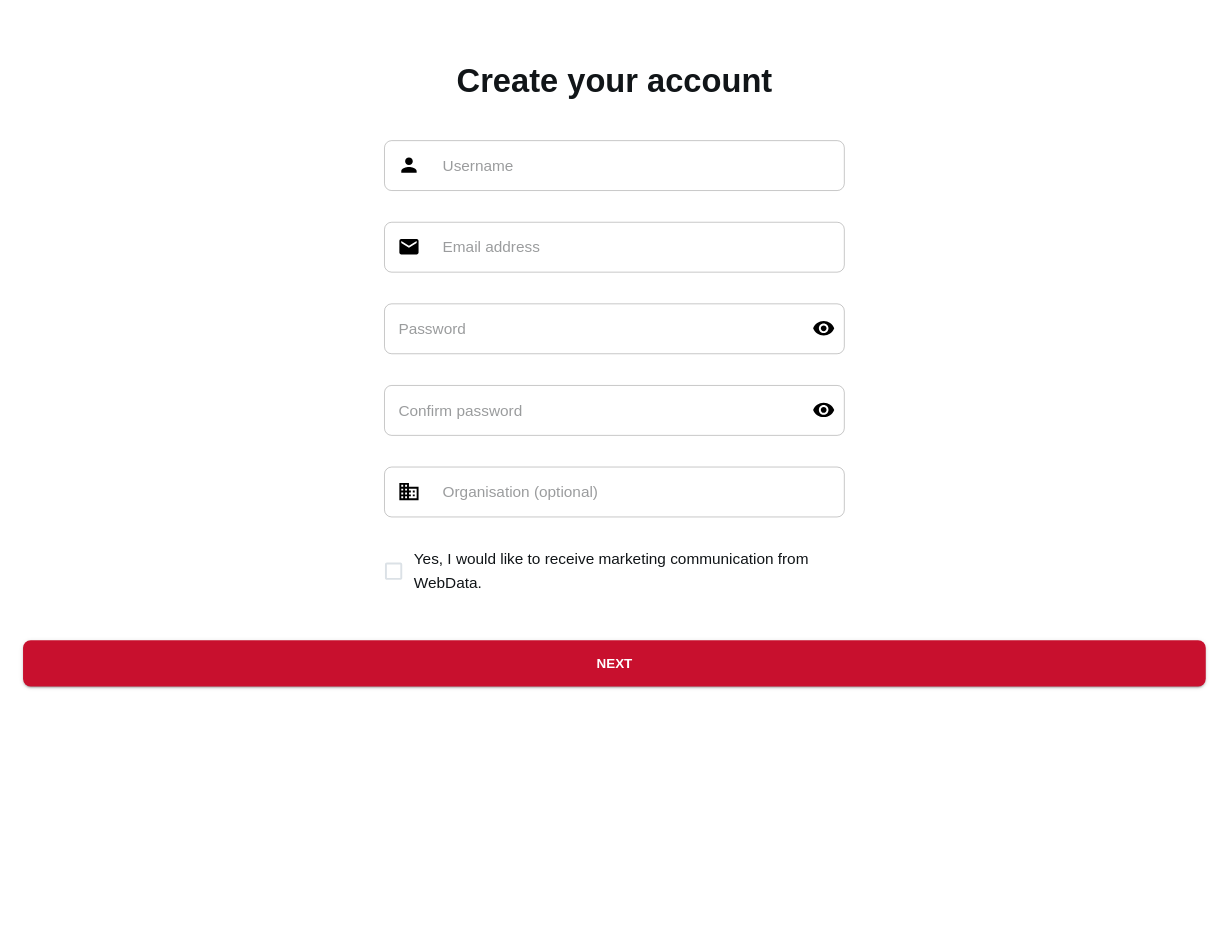
Repository: Pascal-Ahmadu/Tender-download-system
Page: /register (app in frontend/)
These files come from the project's save history. The page is drawn as it stood at one moment and after the next save; the edit follows.
The browser window is 1280 px wide. The pictures show the whole page, at 96% of full size.
The page's requests for data from a server got no answer. Some web fonts or font styles are not loaded; a fallback is used. The project was rebuilt for these pictures with package versions that can differ from the ones it lists, and the page was loaded fresh each time. No one was signed in, and anything a server would have sent is missing. Also part of the build but not shown: frontend/vite.config.js, frontend/src/components/pages/LoginPage.jsx.

Above is the page before, as saved 2024-07-31 08:36:20.

After the next save:
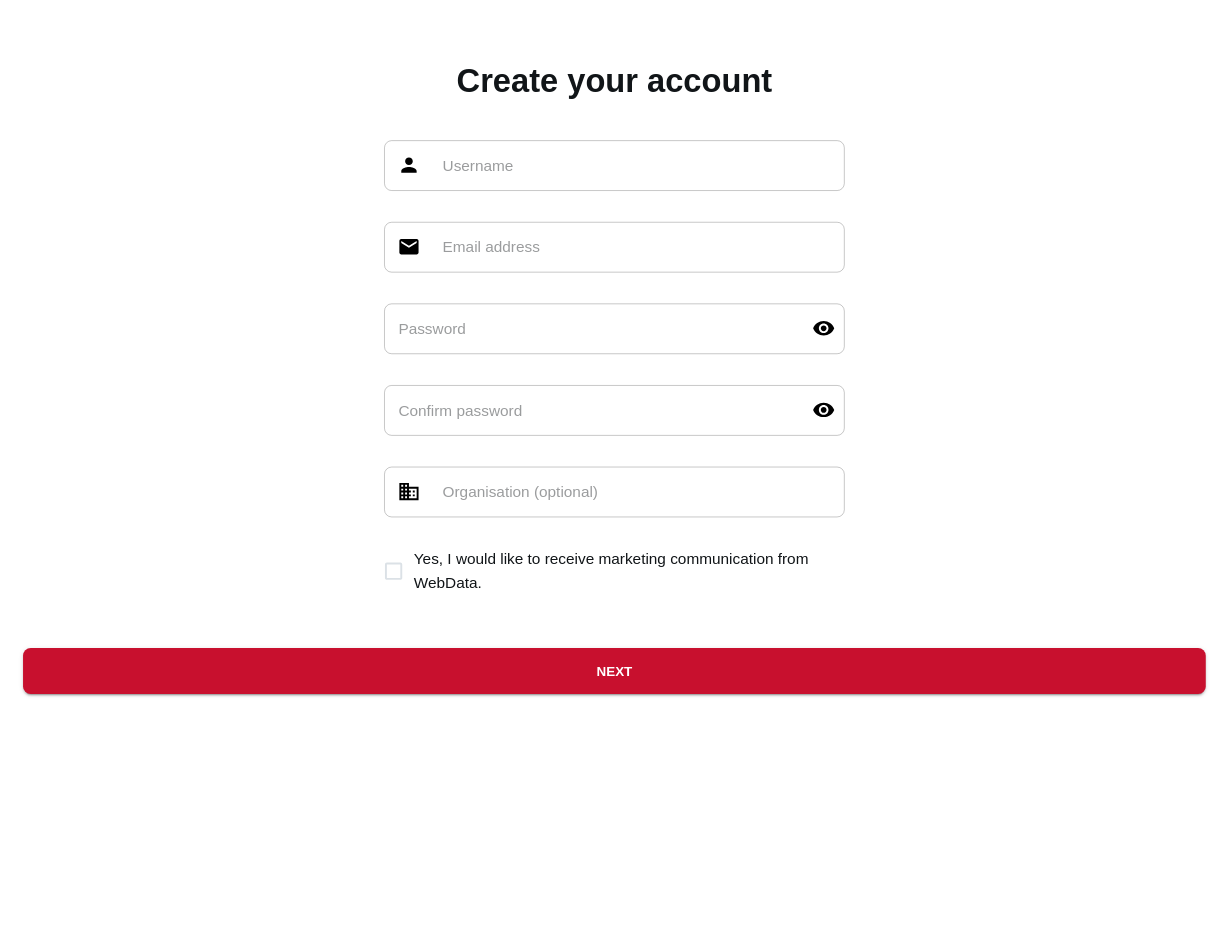
Saved 17 s later.
--- a/frontend/src/components/pages/RegistrationPage.jsx
+++ b/frontend/src/components/pages/RegistrationPage.jsx
@@ -372,7 +372,7 @@ function SignupForm() {
             fontWeight: "bold",
             borderRadius: 2,
             py: 1.5, // Adjust vertical padding for height
-
+            mt: 1, // Reduced margin top for spacing
             mb: 30,
             width: "100%", // Ensure button width is 100% of container width
             boxSizing: "border-box", // Ensure padding is included in width
